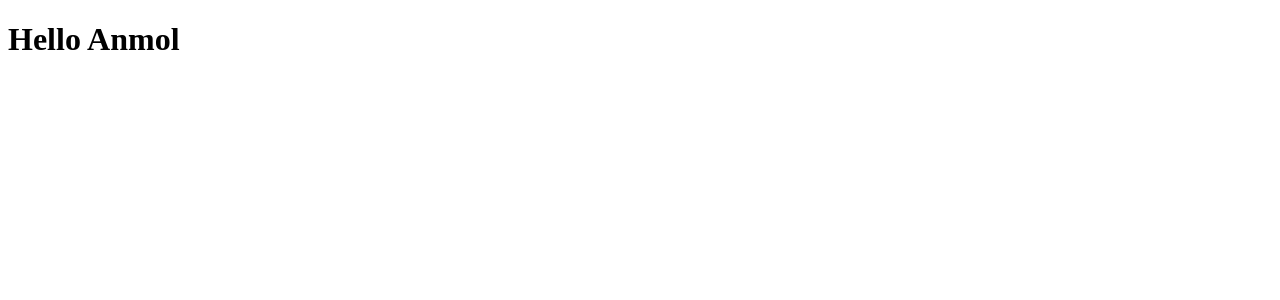
Repository: theanmol-raj/redux--
Page: /
An editor plug-in stored every save of this project. The page is shown before and after the next save, followed by the edit.
The browser window is 1280 px wide. The pictures show the whole page.
The project was rebuilt for these pictures with package versions that can differ from the ones it lists, and the page was loaded fresh each time. Also part of the build but not shown: src/index.css.

Above is the page before, as saved 2023-01-09 21:15:20.

### src/App.js
import { useState } from "react"

function C1(){
  return <div>

  </div>
}

function C2(){
  return <div>

  </div>
}
function C3(){
  return <div>

  </div>
}
function C4(){
  return <div></div>
}





function App() {
  const [va ,setVa] = useState("Anmol")
  return (
    <div className="App">
      <h1>Hello {va}</h1>
    </div>
  );
}

export default App;

Loaded but not shown: public/index.html (common file); src/index.js (common file)

After the next save:
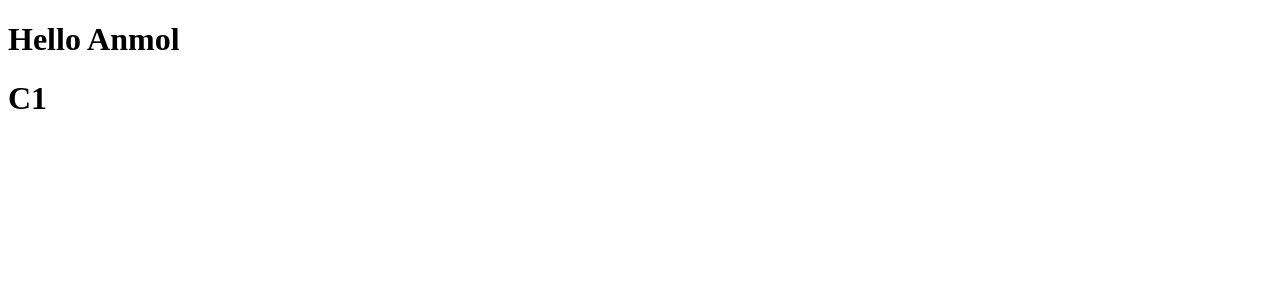
Saved 45 s later.
--- a/src/App.js
+++ b/src/App.js
@@ -2,22 +2,24 @@ import { useState } from "react"
 
 function C1(){
   return <div>
-
+    <h1>C1</h1>
   </div>
 }
 
 function C2(){
   return <div>
-
+      <h1>C2</h1>
   </div>
 }
 function C3(){
   return <div>
-
+      <h1>C3</h1>
   </div>
 }
 function C4(){
-  return <div></div>
+  return <div>
+    hi again {va}
+  </div>
 }
 
 
@@ -29,6 +31,7 @@ function App() {
   return (
     <div className="App">
       <h1>Hello {va}</h1>
+      <C1 />
     </div>
   );
 }
